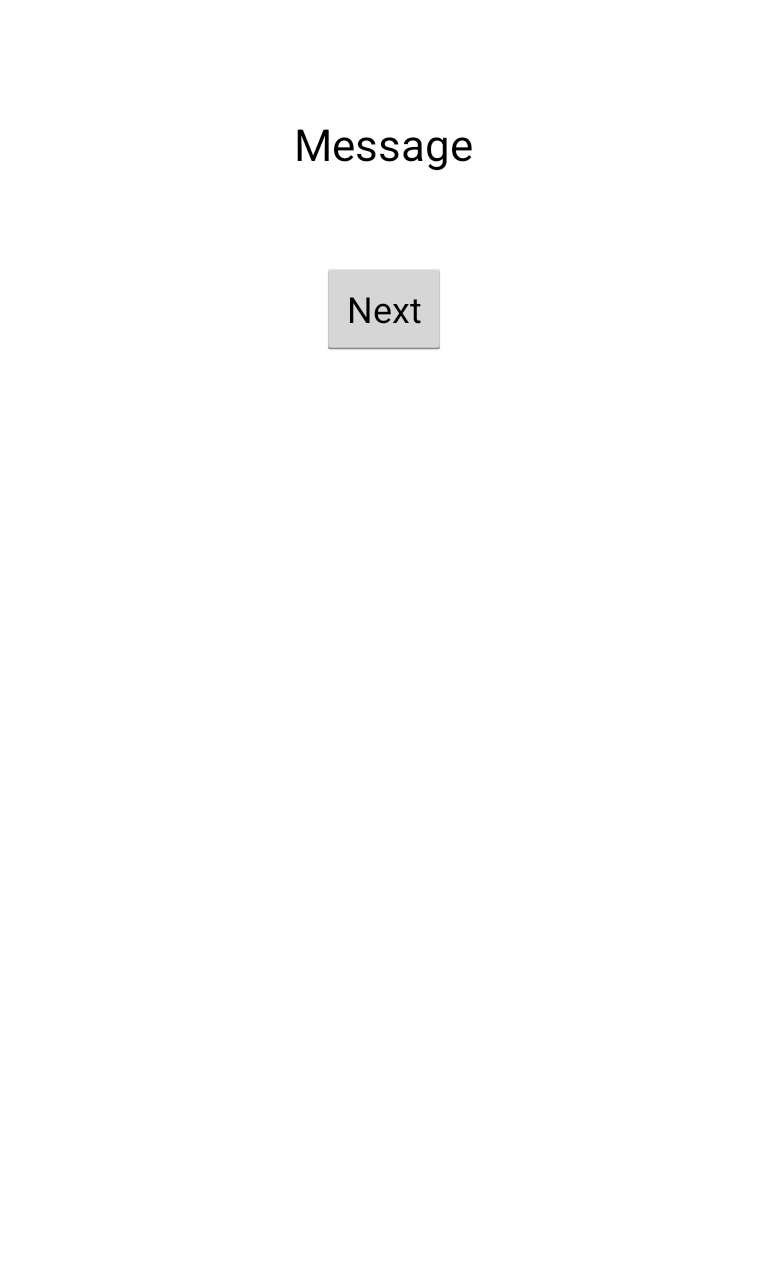
Repository: priyankaaj/practiced-apps
Layout: Intents/res/layout/activity_main.xml
An editor plug-in stored every save of this project. The layout is shown before and after the next save, followed by the edit.
It is drawn on a 768 x 1280 px phone screen (xhdpi) without system bars, with theme AppTheme; the app's code is not run.

Above is the layout before, as saved 2015-10-01 14:34:08.

### Intents/res/layout/activity_main.xml
<RelativeLayout xmlns:android="http://schemas.android.com/apk/res/android"
    xmlns:tools="http://schemas.android.com/tools"
    android:layout_width="match_parent"
    android:layout_height="match_parent"
    android:paddingBottom="@dimen/activity_vertical_margin"
    android:paddingLeft="@dimen/activity_horizontal_margin"
    android:paddingRight="@dimen/activity_horizontal_margin"
    android:paddingTop="@dimen/activity_vertical_margin"
    tools:context=".MainActivity" >

    <TextView
        android:id="@+id/textViewmsg"
        android:layout_width="wrap_content"
        android:layout_height="wrap_content"
        android:layout_alignParentTop="true"
        android:layout_centerHorizontal="true"
        android:layout_marginTop="41dp"
        android:text="Message"
        android:textAppearance="?android:attr/textAppearanceLarge" />

    <Button
        android:id="@+id/buttonnextpage"
        android:layout_width="wrap_content"
        android:layout_height="wrap_content"
        android:layout_below="@+id/textViewmsg"
        android:layout_centerHorizontal="true"
        android:layout_marginTop="44dp"
        android:text="Next" />

</RelativeLayout>

Loaded but not shown: Intents/res/values/styles.xml (common file); Intents/res/values-v11/styles.xml (common file); Intents/res/values-v14/styles.xml (common file); Intents/res/values/dimens.xml (common file)

After the next save:
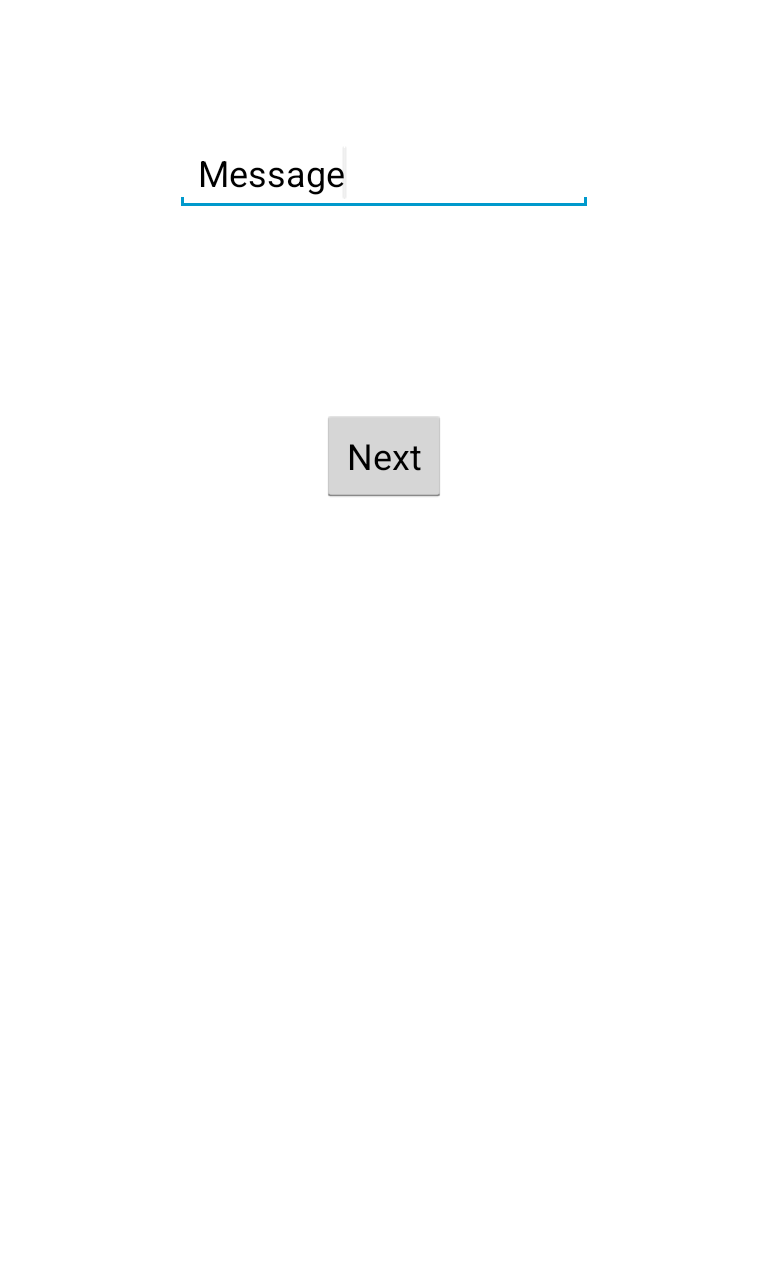
Saved 19 s later.
--- a/Intents/res/layout/activity_main.xml
+++ b/Intents/res/layout/activity_main.xml
@@ -8,23 +8,26 @@
     android:paddingTop="@dimen/activity_vertical_margin"
     tools:context=".MainActivity" >
 
-    <TextView
-        android:id="@+id/textViewmsg"
+    <Button
+        android:id="@+id/buttonnextpage"
         android:layout_width="wrap_content"
         android:layout_height="wrap_content"
         android:layout_alignParentTop="true"
         android:layout_centerHorizontal="true"
-        android:layout_marginTop="41dp"
-        android:text="Message"
-        android:textAppearance="?android:attr/textAppearanceLarge" />
+        android:layout_marginTop="188dp"
+        android:text="Next" />
 
-    <Button
-        android:id="@+id/buttonnextpage"
+    <EditText
+        android:id="@+id/editTextmsg"
         android:layout_width="wrap_content"
         android:layout_height="wrap_content"
-        android:layout_below="@+id/textViewmsg"
+        android:layout_alignParentTop="true"
         android:layout_centerHorizontal="true"
-        android:layout_marginTop="44dp"
-        android:text="Next" />
+        android:layout_marginTop="51dp"
+        android:ems="10"
+        android:text="Message" >
+
+        <requestFocus />
+    </EditText>
 
 </RelativeLayout>
